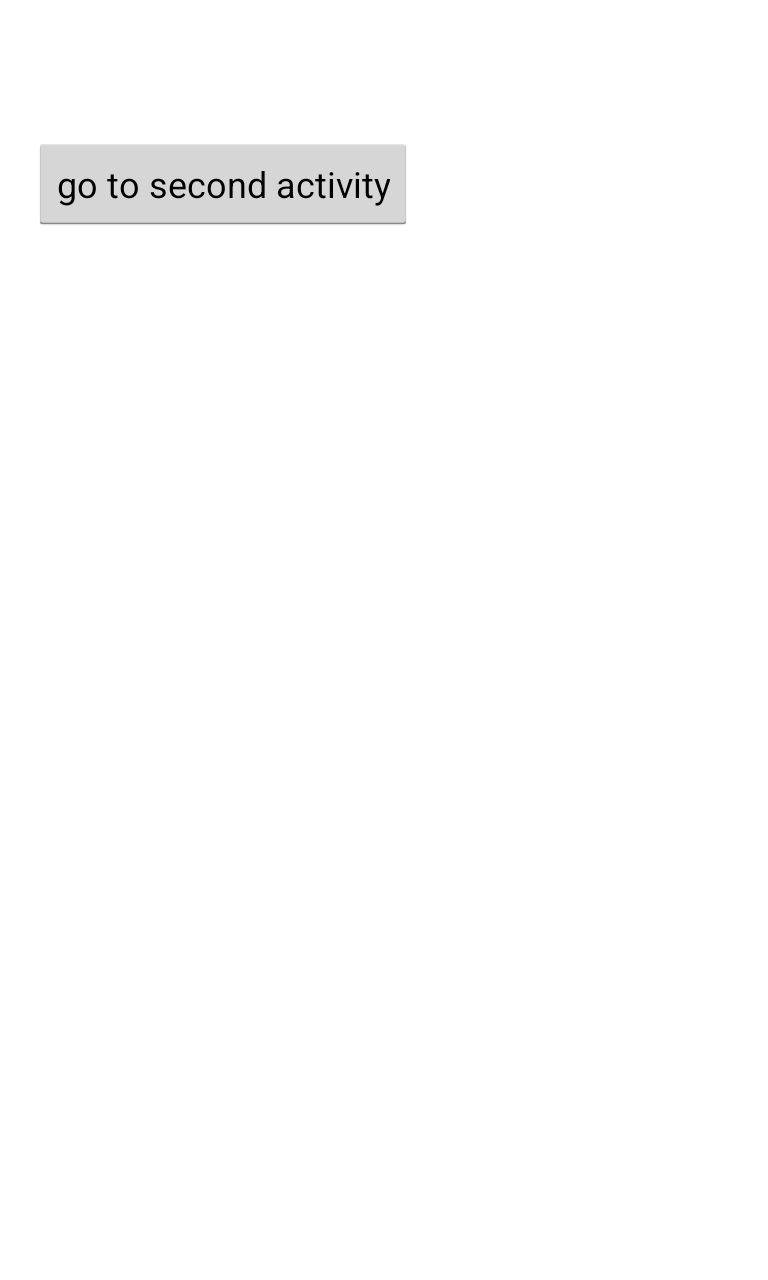
Repository: arjuntheprogrammer/iact
Layout: iact/iact android practice/mywork/Intent Application/res/layout/activity_main.xml
An editor plug-in stored every save of this project. The layout is shown before and after the next save, followed by the edit.
It is drawn on a 768 x 1280 px phone screen (xhdpi) without system bars, with theme AppTheme; the app's code is not run.

Above is the layout before, as saved 2015-12-25 23:26:06.

### iact/iact android practice/mywork/Intent Application/res/layout/activity_main.xml
<RelativeLayout xmlns:android="http://schemas.android.com/apk/res/android"
    xmlns:tools="http://schemas.android.com/tools"
    android:layout_width="match_parent"
    android:layout_height="match_parent"
    android:paddingBottom="@dimen/activity_vertical_margin"
    android:paddingLeft="@dimen/activity_horizontal_margin"
    android:paddingRight="@dimen/activity_horizontal_margin"
    android:paddingTop="@dimen/activity_vertical_margin"
    tools:context=".MainActivity" >

    <Button
        android:id="@+id/button1"
        android:layout_width="wrap_content"
        android:layout_height="wrap_content"
        android:layout_marginTop="52dp"
        android:text="go to second activity" />

</RelativeLayout>

Loaded but not shown: iact/iact android practice/mywork/Intent Application/res/values/styles.xml (common file); iact/iact android practice/mywork/Intent Application/res/values-v11/styles.xml (common file); iact/iact android practice/mywork/Intent Application/res/values-v14/styles.xml (common file); iact/iact android practice/mywork/Intent Application/res/values/dimens.xml (common file)

After the next save:
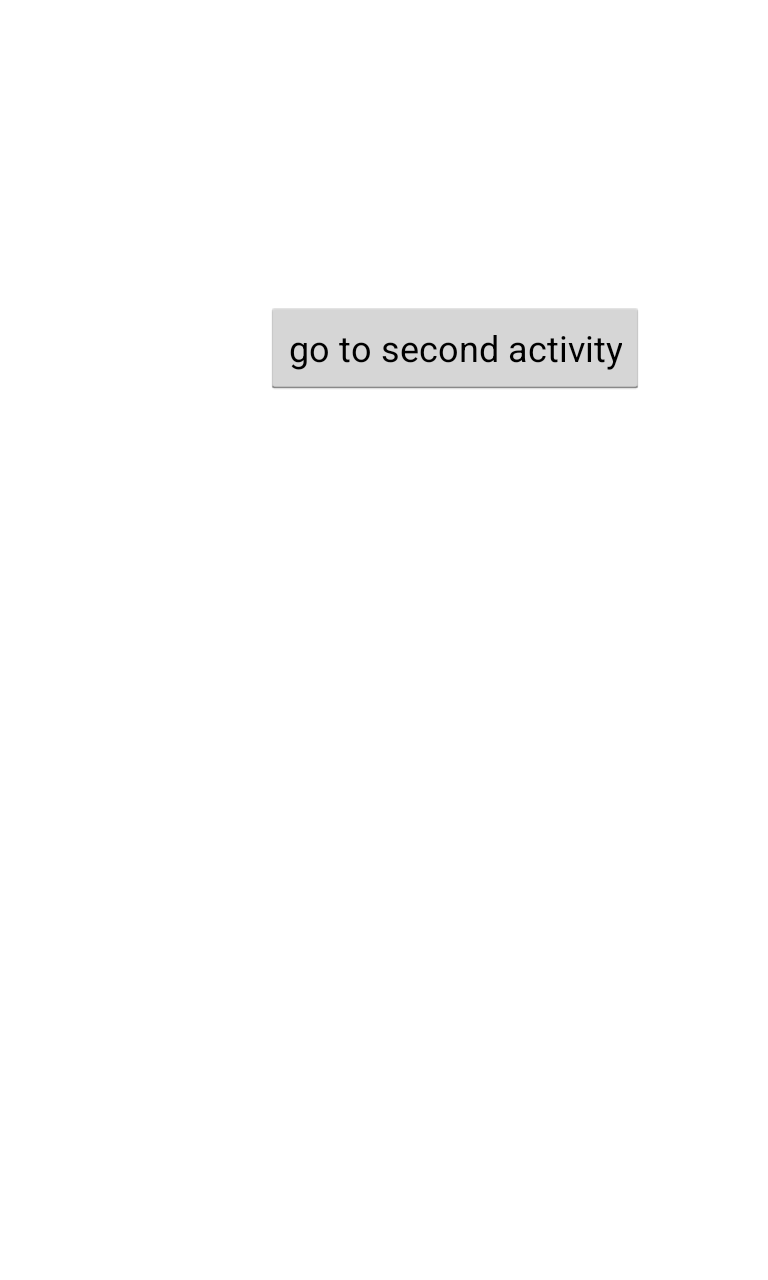
Saved 26 s later.
--- a/iact/iact android practice/mywork/Intent Application/res/layout/activity_main.xml
+++ b/iact/iact android practice/mywork/Intent Application/res/layout/activity_main.xml
@@ -12,7 +12,10 @@
         android:id="@+id/button1"
         android:layout_width="wrap_content"
         android:layout_height="wrap_content"
-        android:layout_marginTop="52dp"
+        android:layout_alignParentRight="true"
+        android:layout_alignParentTop="true"
+        android:layout_marginRight="45dp"
+        android:layout_marginTop="134dp"
         android:text="go to second activity" />
 
 </RelativeLayout>
